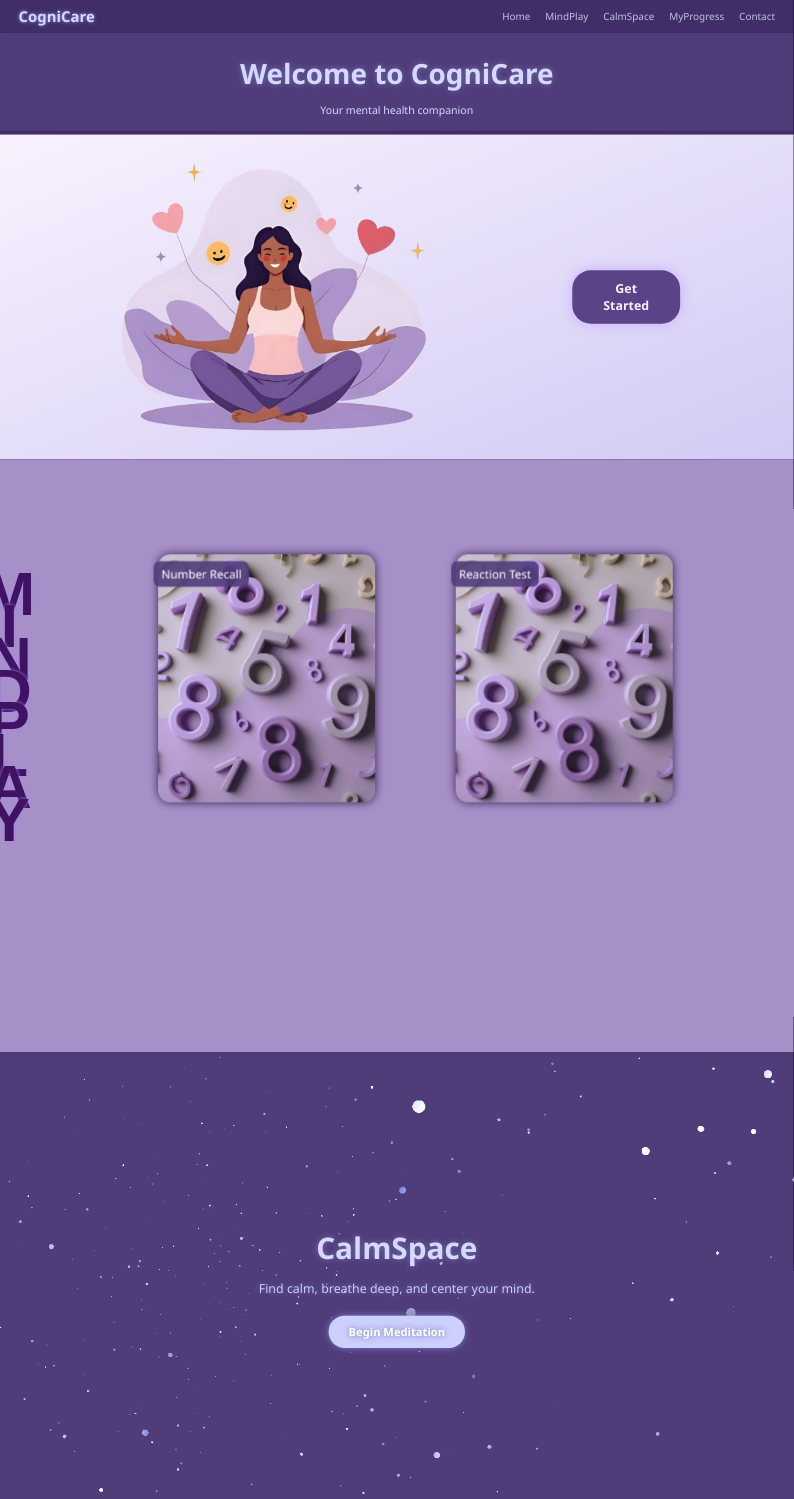
Repository: rujularaut/CogniCare
Page: /
An editor plug-in stored every save of this project. The page is shown before and after the next save, followed by the edit.
The browser window is 1280 px wide. The pictures show the whole page, at 62% of full size.
The project was rebuilt for these pictures with package versions that can differ from the ones it lists, and the page was loaded fresh each time. Also part of the build but not shown: src/components/MeditationRoom.css, src/components/Signup.css, src/components/Signup.js, src/components/Login.css, src/components/Login.js, src/components/Stepper.css, src/components/Stepper.jsx, src/components/SignupStepper.css and 3 more.

Above is the page before, as saved 2025-06-25 14:45:45.

After the next save:
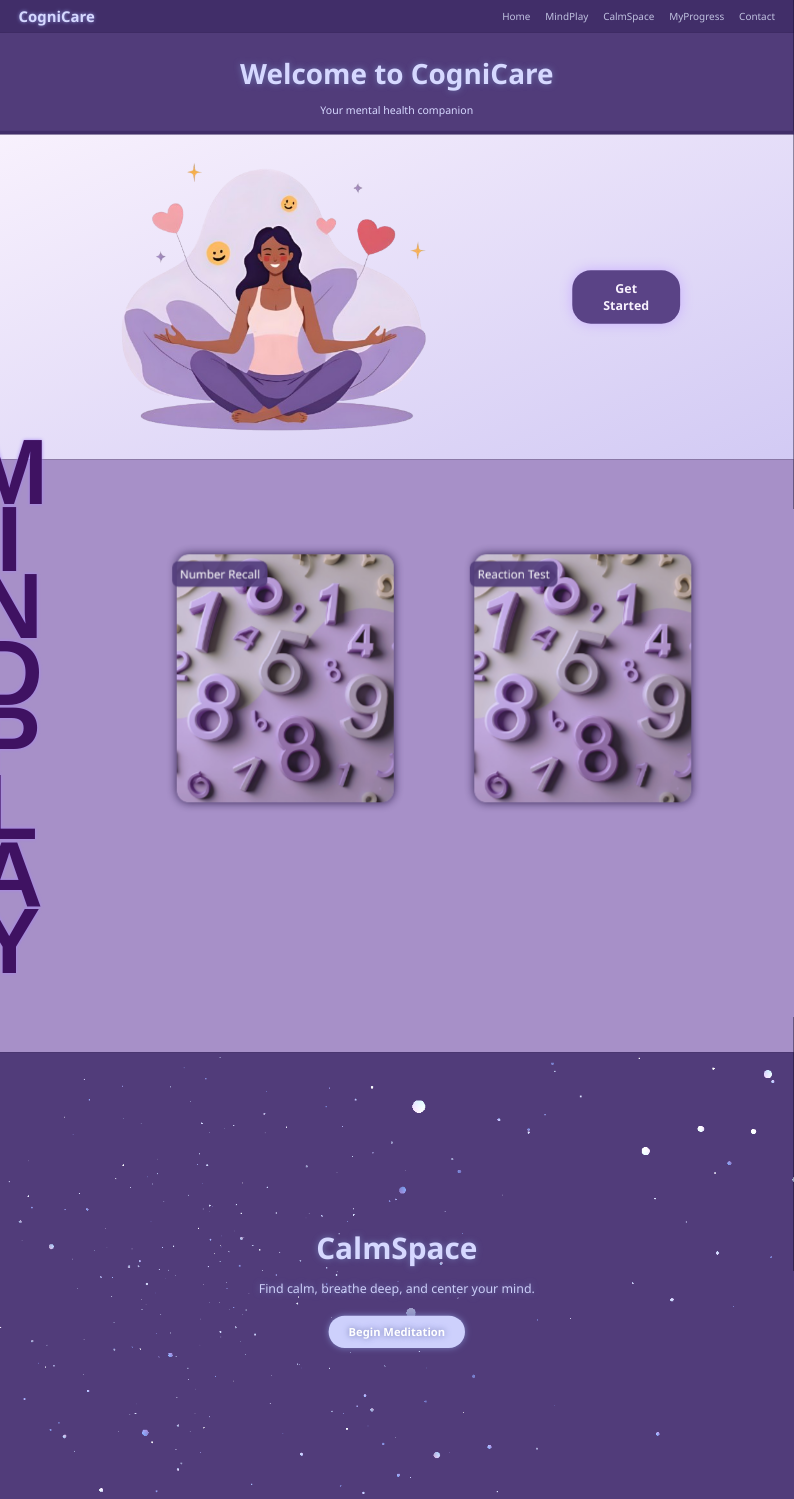
Saved 4 s later.
--- a/src/components/MindPlay.css
+++ b/src/components/MindPlay.css
@@ -47,7 +47,7 @@
 
 
 .revealed {
-  font-size: 100px;
+  font-size: 150px;
   letter-spacing: -60px;
   font-weight: 900;
   color: #3f1262;
